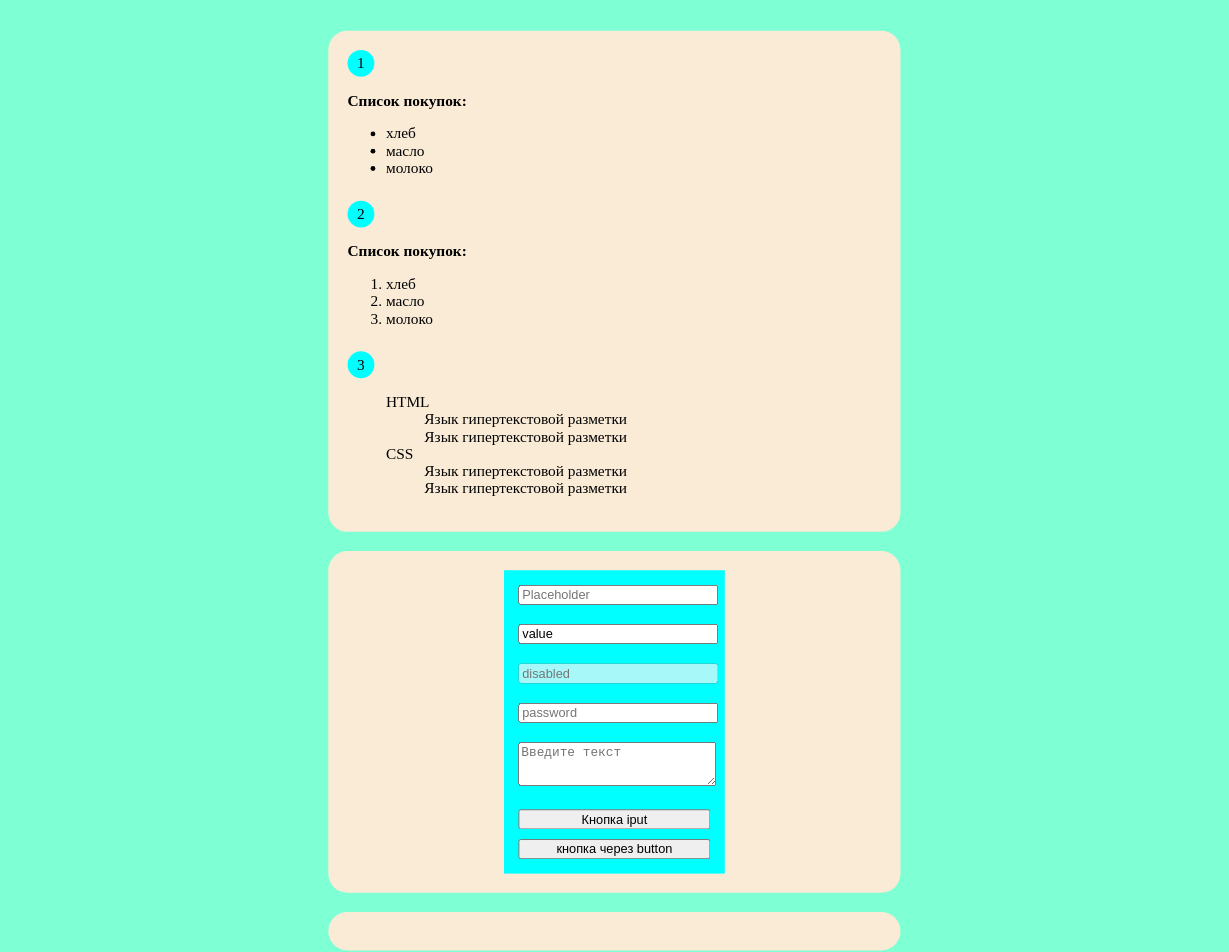
Repository: Savich01/-
Page: html/index.html
An editor plug-in stored every save of this project. The page is shown before and after the next save, followed by the edit.
The browser window is 1280 px wide. The pictures show the whole page, at 96% of full size.

Above is the page before, as saved 2024-05-31 15:31:35.

After the next save:
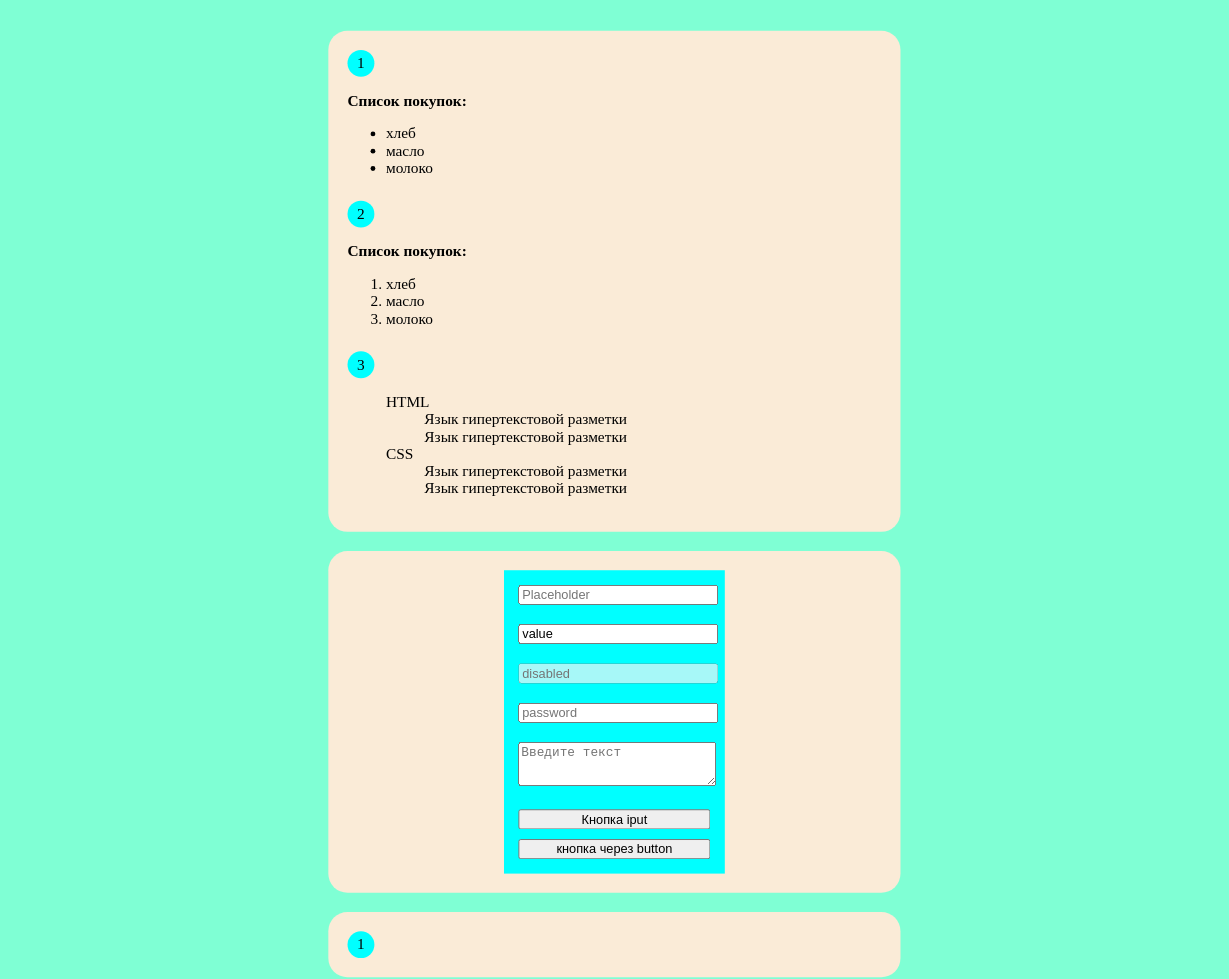
Saved 3 min 50 s later.
--- a/html/index.html
+++ b/html/index.html
@@ -63,7 +63,9 @@
                 </form>
             </section>
 
-            <section class="section-3"></section>
+            <section class="section-3">
+                <div class="block">1</div>
+            </section>
         </div>
     </main>
     <footer class="footer">
